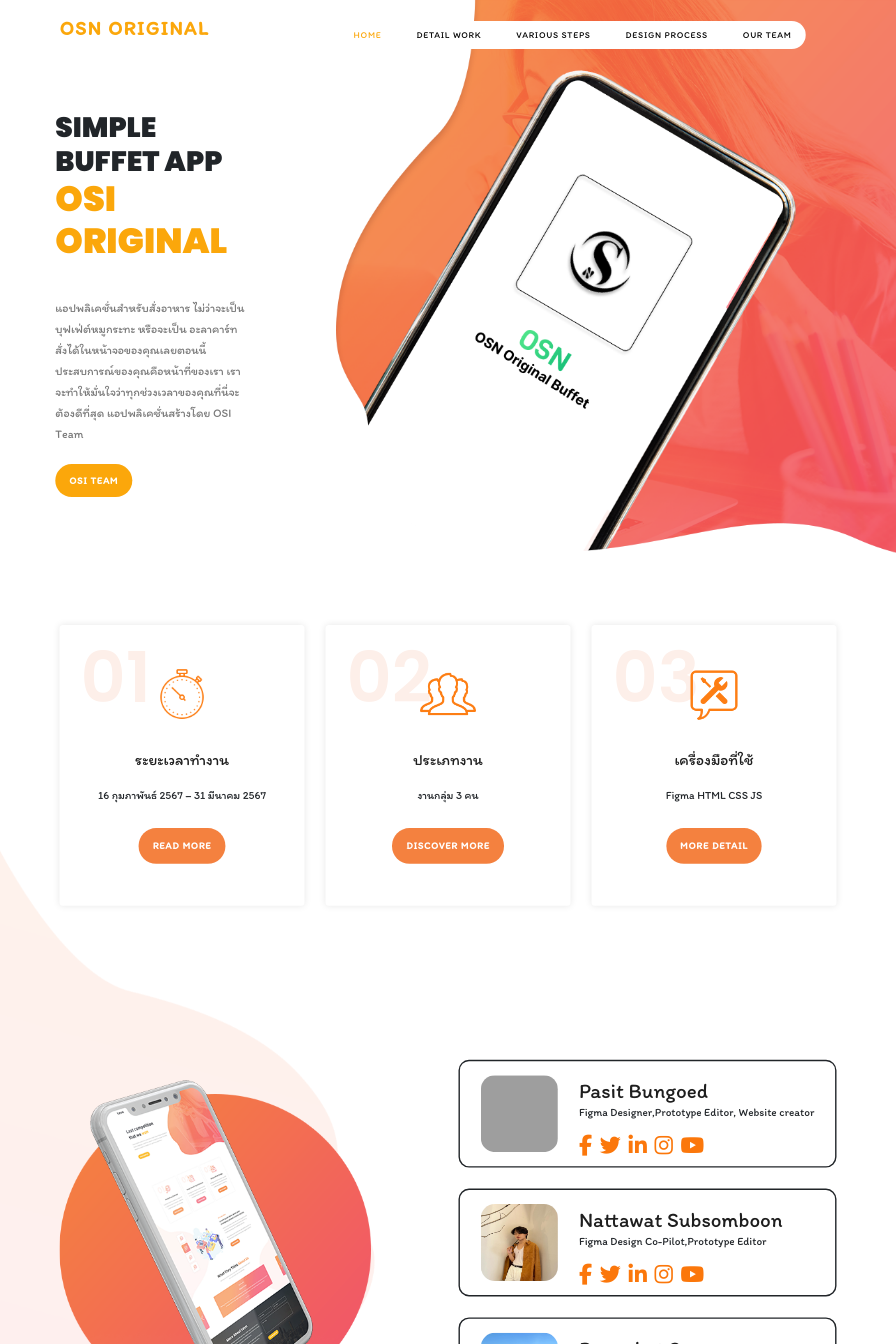
Repository: NicePS2546/Project-OSN
Page: index.html
These files come from the project's save history. The page is drawn as it stood at one moment and after the next save; the edit follows.
The browser window is 1280 px wide. The pictures show the part of the page from y = 0 to 1920 px (the page is 6807 px tall), at 70% of full size.
Pictures or frames that could not be fetched are drawn as grey boxes. Some web fonts or font styles are not loaded; a fallback is used.

Above is the page before, as saved 2024-03-25 16:36:08.

### index.html
<!DOCTYPE html>
<html lang="en">
  <head>
    <meta charset="UTF-8" />
    <meta name="viewport" content="width=device-width, initial-scale=1.0" />
    <title>OSN Original App</title>
    <link
      href="https://cdn.jsdelivr.net/npm/bootstrap@5.3.3/dist/css/bootstrap.min.css"
      rel="stylesheet"
      integrity="sha384-QWTKZyjpPEjISv5WaRU9OFeRpok6YctnYmDr5pNlyT2bRjXh0JMhjY6hW+ALEwIH"
      crossorigin="anonymous"
    />
    <link
      rel="stylesheet"
      href="https://cdnjs.cloudflare.com/ajax/libs/font-awesome/6.5.1/css/all.min.css"
    />
    <script
      src="https://cdn.jsdelivr.net/npm/bootstrap@5.3.3/dist/js/bootstrap.bundle.min.js"
      integrity="sha384-YvpcrYf0tY3lHB60NNkmXc5s9fDVZLESaAA55NDzOxhy9GkcIdslK1eN7N6jIeHz"
      crossorigin="anonymous"
    ></script>

    <link
      rel="stylesheet"
      type="text/css"
      href="assets/css/bootstrap.min.css"
    />

    <link rel="stylesheet" type="text/css" href="assets/css/font-awesome.css" />
    <link rel="stylesheet" href="assets/css/custom.css" />


  </head>
  <body>
    <!-- Loading Page -->
    <div id="loading">
      <div class="jumper">
        <div></div>
        <div></div>
        <div></div>
      </div>
    </div>

    <!-- Loading Page -->

    <header class="header-area header-sticky">
      <div class="container">
        <div class="row">
          <div class="col-12">
            <nav class="main-nav">
              <a class="logo" href="#"> OSN Original </a>
              <ul class="nav">
                <li class="scroll-to-section">
                  <a href="#welcome" class="menu-item">Home</a>
                </li>
                <li class="scroll-to-section">
                  <a href="#about" class="menu-item">Detail Work</a>
                </li>
                <li class="scroll-to-section">
                  <a class="menu-item" href="#various-steps">Various Steps</a>
                </li>
                <li class="scroll-to-section">
                  <a class="menu-item" href="#design-process">Design Process</a>
                </li>
                <li class="scroll-to-section">
                  <a class="menu-item" href="#team">Our Team</a>
                </li>
              </ul>
              <a class="menu-trigger">
                <span>Menu</span>
              </a>
            </nav>
          </div>
        </div>
      </div>
    </header>

    <div id="welcome" class="hero-area">
      <div class="header-text">
        <div class="container">
          <div class="row">
            <div
              class="left-text col-lg-6 col-md-12 col-sm-12 col-xs-12"
              data-scroll-reveal="enter left move 30px over 0.6s after 0.4s"
            >
              <h1>
                Simple Buffet app <br />
                <em>osi original</em>
              </h1>
              <p>
                แอปพลิเคชั่นสำหรับสั่งอาหาร ไม่ว่าจะเป็นบุฟเฟ่ต์หมูกระทะ
                หรือจะเป็น อะลาคาร์ท สั่งได้ในหน้าจอของคุณเลยตอนนี้
                ประสบการณ์ของคุณคือหน้าที่ของเรา
                เราจะทำให้มั่นใจว่าทุกช่วงเวลาของคุณที่นี่จะต้องดีที่สุด
                แอปพลิเคชั่นสร้างโดย OSI Team
              </p>
              <a href="#team" class="main-button-slider">OSI TEAM</a>
            </div>
          </div>
        </div>
      </div>
    </div>

    <!-- detail work -->
    <section class="section" id="about">
      <div class="container">
        <div class="row">
          <div
            class="col-lg-4 col-md-6 col-sm-12 col-xs-12"
            data-scroll-reveal="enter left move 30px over 0.6s after 0.4s"
          >
            <div class="detail-box box-1">
              <div class="box-icon">
                <h2>01</h2>
                <img src="assets/image/icons8-time-80.png" alt="" />
                <h4>ระยะเวลาทำงาน</h4>
                <p>16 กุมภาพันธ์ 2567 – 31 มีนาคม 2567</p>
                <a href="#" class="main-button"> Read More </a>
              </div>
            </div>
          </div>
          <div
            class="col-lg-4 col-md-6 col-sm-12 col-xs-12"
            data-scroll-reveal="enter bottom move 30px over 0.6s after 0.4s"
          >
            <div class="detail-box box-2">
              <div class="features-icon">
                <h2>02</h2>
                <img
                  src="assets/image/icons8-team-100.png"
                  width="80px"
                  height="80px"
                />
                <h4>ประเภทงาน</h4>
                <p>งานกลุ่ม 3 คน</p>
                <a href="#team" class="main-button"> Discover More </a>
              </div>
            </div>
          </div>
          <div
            class="col-lg-4 col-md-6 col-sm-12 col-xs-12"
            data-scroll-reveal="enter right move 30px over 0.6s after 0.4s"
          >
            <div class="detail-box box-3">
              <div class="features-icon">
                <h2>03</h2>
                <img
                  src="assets/image/icons8-utilities-100.png"
                  width="80px"
                  height="80px"
                  alt=""
                />
                <h4>เครื่องมือที่ใช้</h4>
                <p>Figma HTML CSS JS</p>
                <a href="#tools" class="main-button"> More Detail </a>
              </div>
            </div>
          </div>
        </div>
      </div>
    </section>
    <!--End Detail work-->
    <div class="left-image-decor"></div>
    <!--TEAM-->
    <section class="section" id="team">
      <div class="container">
        <div class="row">
          <div
            class="left-image col-lg-5 col-md-12 col-sm-12 mobile-bottom-fix-big"
            data-scroll-reveal="enter left move 30px over 0.6s after 0.4s"
          >
            <img
              src="assets/image/left-image.png"
              class="rounded img-fluid d-block mx-auto"
              alt="App"
            />
          </div>
          <div
            class="right-text offset-lg-1 col-lg-6 col-md-12 col-sm-12 mobile-bottom-fix"
          >
            <ul class="team-list">
              <li
                class="box-team"
                data-scroll-reveal="enter right move 30px over 0.6s after 0.4s"
              >
                <img src="assets/image/Evil_nice.jpg" class="profile-img" width="110px" height="110px" alt="" />
                <div class="text">
                  <h4>Pasit Bungoed</h4>
                  <p>Figma Designer,Prototype Editor, Website creator</p>
                  <div class="list-social">
                    <a><i class="fa fa-facebook" aria-hidden="true"></i></a>
                    <a><i class="fa fa-twitter" aria-hidden="true"></i></a>
                    <a><i class="fa fa-linkedin" aria-hidden="true"></i></a>
                    <a><i class="fa fa-instagram" aria-hidden="true"></i></a>
                    <a><i class="fa fa-youtube-play" aria-hidden="true"></i></a>
                  </div>
                </div>
              </li>

              <li
                class="box-team"
                data-scroll-reveal="enter right move 30px over 0.6s after 0.5s"
              >
                <img src="assets/image/sim.jpg " class="profile-img" width="110px" height="110px" alt="" />
                <div class="text">
                  <h4>Nattawat Subsomboon</h4>
                  <p>Figma Design Co-Pilot,Prototype Editor</p>
                  <div class="list-social">
                    <a><i class="fa fa-facebook" aria-hidden="true"></i></a>
                    <a><i class="fa fa-twitter" aria-hidden="true"></i></a>
                    <a><i class="fa fa-linkedin" aria-hidden="true"></i></a>
                    <a><i class="fa fa-instagram" aria-hidden="true"></i></a>
                    <a><i class="fa fa-youtube-play" aria-hidden="true"></i></a>
                  </div>
                </div>
              </li>

              <li
                class="box-team"
                data-scroll-reveal="enter right move 30px over 0.6s after 0.6s"
              >
                <img src="assets/image/oat.jpg" class="profile-img" width="110px" height="110px" alt="" />
                <div class="text">
                  <h4>Pongphat Sangsawang</h4>
                  <p>Figma Design Co-Pilot</p>
                  <div class="list-social">
                    <a><i class="fa fa-facebook" aria-hidden="true"></i></a>
                    <a><i class="fa fa-twitter" aria-hidden="true"></i></a>
                    <a><i class="fa fa-linkedin" aria-hidden="true"></i></a>
                    <a><i class="fa fa-instagram" aria-hidden="true"></i></a>
                    <a><i class="fa fa-youtube-play" aria-hidden="true"></i></a>
                  </div>
                </div>
              </li>
            </ul>
          </div>


        </div>
      </div>
    </section>
    <!--end TEAM-->
    <section class="mb-5" id="tools">
      <div class="container">
        <div class="row">
          <h1 class="header-prototype">Prototype App</h1>
          <iframe
            data-scroll-reveal="enter fade 0.6s after 0.4s"
            style="border: 1px solid rgba(0, 0, 0, 0.1)"
            width="500px"
            height="1000px"
            src="https://www.figma.com/embed?embed_host=share&url=https%3A%2F%2Fwww.figma.com%2Fproto%2FtxMAS8ibAktKTE6PIgdeX5%2FProject%3Ftype%3Ddesign%26node-id%3D65-18147%26t%3D9C3Eo7JHRzGhpGCB-1%26scaling%3Dscale-down%26page-id%3D62%253A218%26starting-point-node-id%3D65%253A18147%26show-proto-sidebar%3D1%26mode%3Ddesign"
            allowfullscreen
          ></iframe>
        </div>
      </div>

    </section>
    <div class="right-image-decor"></div>
    <!--Design Process-->
    <section class="section mt-5 " id="design-process">
      <div class="container">
        <div class="row">
          <div class="col-lg-8 offset-lg-2">
            <div class="center-heading">
              <h2>Design Process</h2>
            </div>
          </div>
          <div
            data-scroll-reveal="enter left move 330px over 0.6s after 0.4s"
            class="col-lg-10 chart-container col-md-12 col-sm-12 mobile-bottom-fix-big"
          >
            <img class="" src="assets/image/Chart.png" />
          </div>
        </div>
      </div>
    </section>

    <!--End Design Process-->
<!--Various Step-->
    <section class="section" id="various-steps">
      <div class="container">
        <div class="row">
          <div class="center-heading"><h2 class="">Various Steps</h2></div>

          <div
            class="col-lg-4 col-md-6 col-sm-12 col-xs-12"
            data-scroll-reveal="enter left move 30px over 0.6s after 0.4s"
          >
            <div class="detail-box box-fixed-1 box-1">
              <div class="box-icon">
                <h2>01</h2>
                <img src="assets/image/icons8-high-importance-100.png" width="80px" height="80px" alt="" />
                <h4>Problem Pain</h4>
                <ul class="list-alignment">
                  <li>
                    •เวลาที่มีคนเข้าร้านอาหารเยอะๆ ทำให้พนักงานจดลิสต์เมนูไม่ทัน
                  </li>
                  <li>•การรันคิว อาจจะช้า เพราะเรียงตาม Order ที่สั่ง</li>
                  <li>•ไม่มีอินเตอร์เน็ตในการสั่งเมนู</li>
                  <li>•ข้อมูลในการสั่งอาหารอาจตกหล่น</li>
                </ul>
              </div>
            </div>
          </div>
          <div
            class="col-lg-4 col-md-6 col-sm-12 col-xs-12"
            data-scroll-reveal="enter bottom move 30px over 0.6s after 0.4s"
          >
            <div class="detail-box box-fixed-2 box-2">
              <div class="features-icon">
                <h2>02</h2>
                <img
                  src="assets/image/icons8-team-100.png"
                  width="80px"
                  height="80px"
                />
                <h4>User Interviews</h4>
                <ul class="list-alignment">
                  <li>
                    •สัมภาษณ์ผู้ใช้เพื่อให้ทราบถึงปัญหาจริงของแต่ละคน
                    เพื่อนำมาวิเคราะห์และปรับกลยุทธ์ในการออกแบบแอปให้ตอบโจทย์ความต้องการของผู้ใช้ให้มากที่สุด
                  </li>
                  <li>
                    •โดยมีการเตรียมคำถามเป็นข้อ ๆ เพื่อพูดคุยกับผู้ใช้
                    และมีคำถามที่ได้เตรียมไว้เพื่อถามในจุดสำคัญหรือจุดที่ต้องการเน้นย้ำเฉพาะ
                  </li>
                </ul>
              </div>
            </div>
          </div>
          <div
            class="col-lg-4 m-responsive col-md-6 col-sm-12 col-xs-12"
            data-scroll-reveal="enter right move 30px over 0.6s after 0.4s"
          >
            <div class="detail-box box-fixed-3 box-3">
              <div class="features-icon">
                <h2>03</h2>
                <img
                  src="assets/image/icons8-book-80.png"
                  width="80px"
                  height="80px"
                  alt=""
                />
                <h4>สรุปคำตอบที่เป็นข้อมูลสำคัญ</h4>
                <ul class="list-alignment">
                  <li>
                    •อยากให้กรองข้อมูลของที่อยากได้ เช่น หมวดหมู่ (หมู ไก่ ปลา
                    เนื้อ add-on) / ราคา (อลาคาร์ท, บุฟเฟต์ แบบจำกัดเวลา) /
                    เครื่องดื่ม /ของหวาน
                  </li>
                  <li>•อยากให้ค้นหาชื่อเมนูได้ตามต้องการ</li>
                  <li>•อยากให้มีเมนูซิกเนเจอร์ของร้าน</li>
                </ul>
              </div>
            </div>
          </div>
          <div
            class="col-lg-4 mt-4 col-md-6 col-sm-12 col-xs-12"
            data-scroll-reveal="enter right move 30px over 0.6s after 0.4s"
          >
            <div class="detail-box box-fixed-4 box-4">
              <div class="features-icon">
                <h2>04</h2>
                <img
                  src="assets/image/icons8-question-100.png"
                  width="80px"
                  height="80px"
                  alt=""
                />
                <h4>ตัวอย่างคำถามที่ใช้ในการพูดคุยและสัมภาษณ์</h4>
                <ul class="list-alignment">
                  <li>
                    •ท่านเคยใช้บริการการสั่งอาหารผ่านแอปในร้านอาหารมาก่อนหรือไม่?
                  </li>
                  <li>
                    •ระหว่างพนักงานจดลิสต์เมนูกับการสแกนอะไรสะดวกต่อการสั่งกว่ากัน
                  </li>
                  <li>
                    •คุณประสบพบเจอปัญหาอะไรบ้างเกี่ยวกับการสั่งอาหารผ่านแอป
                  </li>
                  <li>
                    •คุณจะแก้ปัญหายังไงถ้าการสแกนช้ากว่าการเรียกสั่งพนักงาน
                  </li>
                  <li>
                    •มีประสบการณ์ในการใช้แอปสั่งอาหารที่น่าจดจำ (เช่น
                    การใช้งานที่รวดเร็ว การเลือกรายการอาหาร)
                    ที่คุณต้องการแบ่งปันไหม?
                  </li>
                  <li>
                    •ระหว่างพนักงานจดลิสต์เมนูกับการสแกนอะไรสะดวกต่อการสั่งกว่ากัน
                  </li>
                  <li>
                    •มีคำแนะนำหรือข้อเสนอแนะในการพัฒนาแอปสั่งอาหารเพื่อให้มีประสิทธิภาพมากยิ่งขึ้นไหม?
                  </li>
                  <li>
                    •ถ้าคุณเป็นเจ้าของร้านอาหาร,
                    คุณคิดว่าจะมีวิธีใดที่จะทำให้การให้บริการสั่งอาหารผ่านแอปเป็นประสบการณ์ที่ดีที่สุดสำหรับลูกค้าของคุณ?
                  </li>
                </ul>
              </div>
            </div>
          </div>
        </div>
      </div>
    </section>
<!--End Various Step-->
    <!-- ***** Footer Start ***** -->
    <footer id="contact-us">
      <div class="container">
        <div class="footer-content">
          <div class="row">
            <!-- ***** Contact Form Start ***** -->
            <div class="col-lg-6 col-md-12 col-sm-12">
              <div class="contact-form" data-scroll-reveal="enter fade over 0.6s after 0.4s">
                <form id="contact" action="" method="post">
                  <div class="row">
                    <div class="col-md-6 col-sm-12">
                      <fieldset data-scroll-reveal="enter left move 30px over 0.6s after 0.4s">
                        <input
                          name="name"
                          type="text"
                          id="name"
                          placeholder="Full Name"
                          required=""
                          style="background-color: rgba(250, 250, 250, 0.3)"
                        />
                      </fieldset>
                    </div>
                    <div class="col-md-6 col-sm-12">
                      <fieldset data-scroll-reveal="enter right move 30px over 0.6s after 0.4s">
                        <input
                          name="email"
                          type="text"
                          id="email"
                          placeholder="E-Mail Address"
                          required=""
                          style="background-color: rgba(250, 250, 250, 0.3)"
                        />
                      </fieldset>
                    </div>
                    <div class="col-lg-12">
                      <fieldset data-scroll-reveal="enter bottom move 30px over 0.6s after 0.4s">
                        <textarea
                          name="message"
                          rows="6"
                          id="message"
                          placeholder="Your Message"
                          required=""
                          style="background-color: rgba(250, 250, 250, 0.3)"
                        ></textarea>
                      </fieldset>
                    </div>
                    <div class="col-lg-12">
                      <fieldset data-scroll-reveal="enter bottom move 30px over 0.6s after 0.4s">
                        <button
                          type="submit"
                          id="form-submit"
                          class="main-button"
                        >
                          Send Message Now
                        </button>
                      </fieldset>
                    </div>
                  </div>
                </form>
              </div>
            </div>
            <!-- ***** Contact Form End ***** -->
            <div class="right-content col-lg-6 col-md-12 col-sm-12" data-scroll-reveal="enter right move 30px over 0.2s after 0.4s">
              <h2>More About <em>OSN Original</em></h2>
              <p>
                Phasellus dapibus urna vel lacus accumsan, iaculis eleifend leo
                auctor. Duis at finibus odio. Vivamus ut pharetra arcu, in porta
                metus. Suspendisse blandit pulvinar ligula ut elementum.
                <br /><br />Lorem ipsum dolor sit amet consectetur adipisicing elit. Ab similique molestias est, non quia qui reiciendis voluptate ullam nulla quo mollitia labore maiores laudantium repellendus tenetur delectus dolorum placeat praesentium!
                <a
                  rel="nofollow"
                  href="https://templatemo.com/contact"
                  target="_parent"
                  >contact</a
                >
                page for more detail.
              </p>
              <ul class="social">
                <li>
                  <a href="https://fb.com/templatemo" data-scroll-reveal="enter bottom move 40px over 0.3s after 0.4s"
                    ><i class="fa fa-facebook"></i
                  ></a>
                </li>
                <li>
                  <a href="#" data-scroll-reveal="enter top move 40px over 0.4s after 0.4s"><i class="fa fa-twitter"></i></a>
                </li>
                <li>
                  <a href="# " data-scroll-reveal="enter bottom move 40px over 0.5s after 0.4s"><i class="fa fa-linkedin"></i></a>
                </li>
                <li>
                  <a href="#" data-scroll-reveal="enter top move 40px over 0.6s after 0.4s"><i class="fa fa-rss"></i></a>
                </li>
                <li>
                  <a href="#" data-scroll-reveal="enter bottom move 40px over 0.7s after 0.4s"><i class="fa fa-dribbble"></i></a>
                </li>
              </ul>
            </div>
          </div>
        </div>
        <div class="row">
          <div class="col-lg-12">
            <div class="sub-footer">
              <p>
                Copyright &copy; 2024 OSN ORIGINAL APP | Designed by Pasit
              </p>
            </div>
          </div>
        </div>
      </div>
    </footer>
    <!-- ***** end detail work ***** -->
  </body>
  <!-- jQuery -->
  <script src="assets/js/jquery-2.1.0.min.js"></script>

  <!-- Bootstrap -->
  <script src="assets/js/popper.js"></script>
  <script src="assets/js/bootstrap.min.js"></script>

  <!-- Plugins -->
  <script src="assets/js/owl-carousel.js"></script>
  <script src="assets/js/scrollreveal.min.js"></script>
  <script src="assets/js/waypoints.min.js"></script>
  <script src="assets/js/jquery.counterup.min.js"></script>
  <script src="assets/js/imgfix.min.js"></script>
  <!-- Global Init -->
  <script src="assets/js/custom.js"></script>
</html>

Loaded but not shown: assets/css/bootstrap.min.css (library); assets/css/font-awesome.css (library); assets/js/jquery-2.1.0.min.js (library); assets/js/popper.js (library); assets/js/bootstrap.min.js (library); assets/js/scrollreveal.min.js (library); assets/js/waypoints.min.js (library); assets/js/jquery.counterup.min.js (common file); assets/js/imgfix.min.js (library); assets/js/owl-carousel.js (3448 lines, source omitted); assets/js/custom.js (270 lines, source omitted); assets/css/custom.css (1161 lines, source omitted)

After the next save:
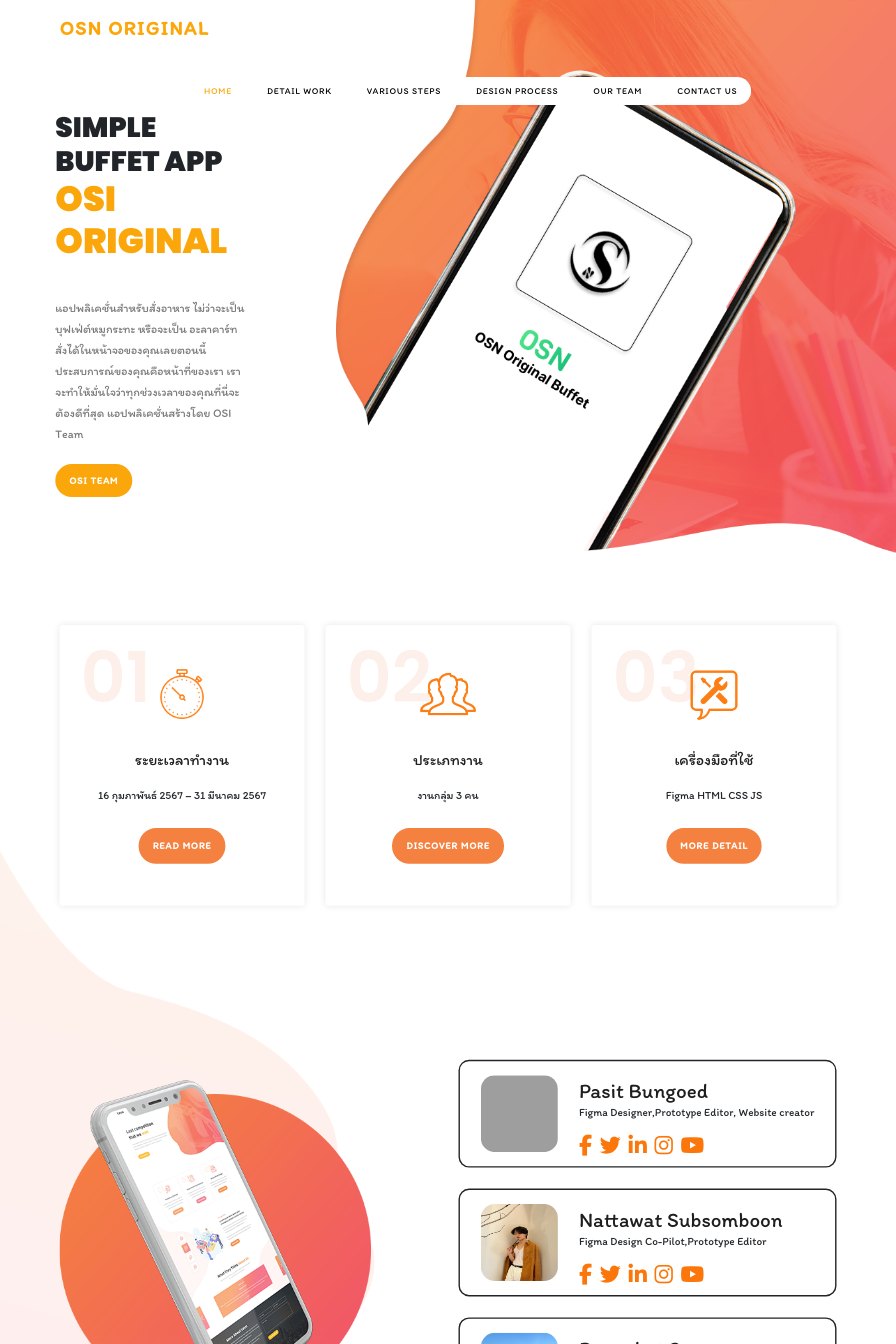
Saved 79 s later.
--- a/index.html
+++ b/index.html
@@ -64,6 +64,9 @@
                 </li>
                 <li class="scroll-to-section">
                   <a class="menu-item" href="#team">Our Team</a>
+                </li>
+                <li class="scroll-to-section">
+                  <a class="menu-item" href="#team">Contact Us</a>
                 </li>
               </ul>
               <a class="menu-trigger">
